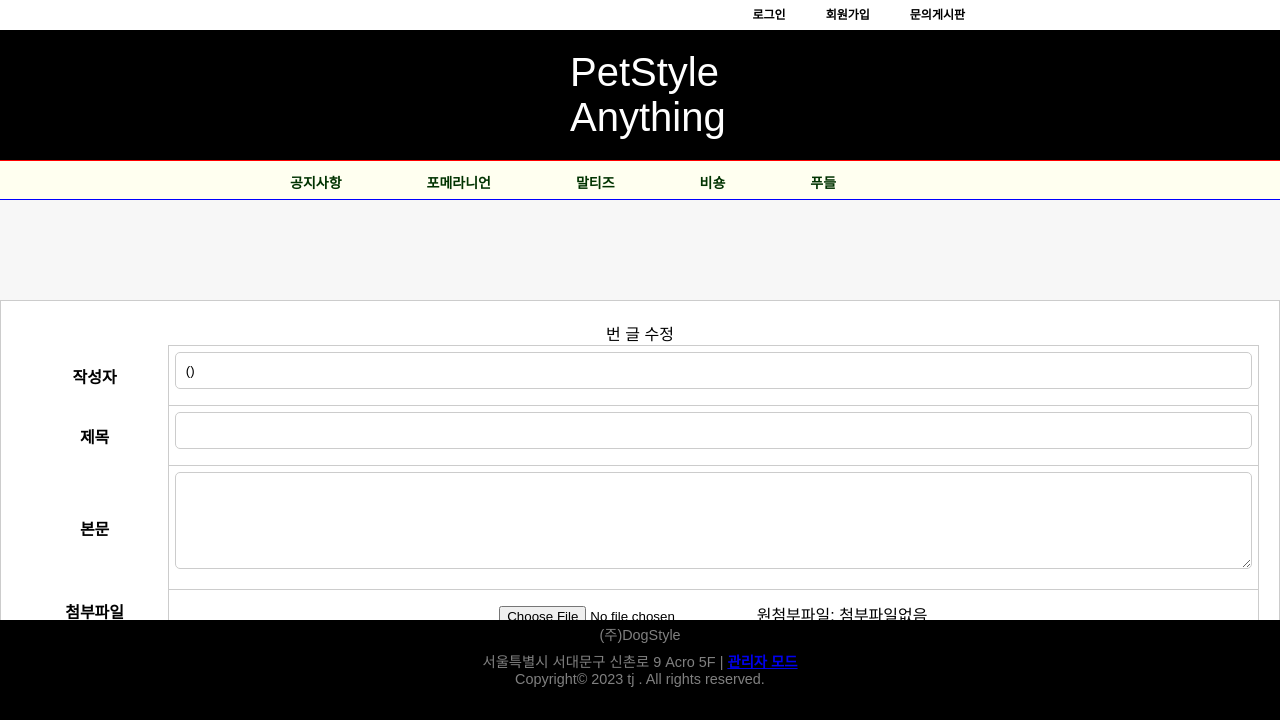
Repository: kdkk2000/Project
Page: http://localhost/petstyle/board/boardModify.jsp
These files come from the project's save history. The page is drawn as it stood at one moment and after the next save; the edit follows.
The browser window is 1280 px wide. The pictures show the whole page.
The page is served by Tomcat 9. Other server files are loaded and not shown. The template is opened directly, without the code that normally fills it, so the values that code supplies are empty.

Above is the page before, as saved 2023-03-28 02:53:16.

### petstyle/WebContent/board/boardModify.jsp
<%@ page language="java" contentType="text/html; charset=UTF-8"
    pageEncoding="UTF-8"%>
<%@ taglib prefix="c" uri="http://java.sun.com/jsp/jstl/core" %>
<%@ taglib prefix="fmt" uri="http://java.sun.com/jsp/jstl/fmt"%>
<c:set var="conPath" value="${pageContext.request.contextPath }"/>
<!DOCTYPE html>
<html>
<head>
	<meta charset="UTF-8">
	<title>Insert title here</title>
	<link href="${conPath}/css/boardStyle.css" rel="stylesheet">
	<style>
		#content_form {
			height:400px;
			margin: 100px auto 0px;
		}
	</style>
	<script src="https://code.jquery.com/jquery-3.6.4.js"></script>
	<script>
		$(document).ready(function(){

		});
	</script>
</head>
<body>
	<jsp:include page="../main/header.jsp"/>
	<div id="content_form">
	<form action="${conPath }/boradModify.do" method="post" enctype="multipart/form-data">
		<input type="hidden" name="pageNum" value="${param.pageNum }">
		<input type="hidden" name="boardId" value="${board.boardId }">
		<input type="hidden" name="dbFileName" value="${board.boardFileName }">
		<table>
			<caption>${board.boardId }번 글 수정</caption>
			<tr><th>작성자</th>
					<td><input type="text" required="required"
								value="${board.userName }(${board.userId })" readonly="readonly"></td>
			</tr>
			<tr><th>제목</th>
					<td><input type="text" name="boardTitle" required="required"
								value="${board.boardTitle }"></td>
			</tr>
			<tr><th>본문</th>
					<td><textarea rows="5"
							name="boardContent">${board.boardContent }</textarea></td>
			</tr>
			<tr><th>첨부파일</th>
					<td><input type="file" name="boardFileName" class="btn"> 원첨부파일:
							<c:if test="${not empty board.boardFileName }">
						 		<a href="${conPath }/fileBoardUp/${board.boardFileName}" target="_blank">${board.boardFileName}</a>
						 	</c:if>
						 	<c:if test="${empty board.boardFileName }">
						 		첨부파일없음
						 	</c:if>
					</td>
			</tr>
			<tr><td colspan="2">
						<input type="submit" value="수정" class="btn">
						<input type="reset" value="이전" class="btn"
						  onclick="history.back()">
						<input type="button" value="목록"  class="btn"
							onclick="location='${conPath}/boardList.do?pageNum=${param.pageNum }'">
					</td>
			</tr>
		</table>
	</form>
	</div>
	<jsp:include page="../main/footer.jsp"/>
</body>
</html>

### petstyle/WebContent/main/header.jsp
<%@ page language="java" contentType="text/html; charset=UTF-8"
    pageEncoding="UTF-8"%>
<%@taglib prefix="c" uri="http://java.sun.com/jsp/jstl/core"%>
<%@taglib prefix="fmt" uri="http://java.sun.com/jsp/jstl/fmt" %>
<c:set var="conPath" value="${pageContext.request.contextPath }"/>
<!DOCTYPE html>
<html>
<head>
<meta charset="UTF-8">
<title>Insert title here</title>
<style>
	*{padding:0; margin: 0;}
	header {
		background-color: black; font-size: 10pt; color: white;
	}
	header a {text-decoration: none; font-weight: bold;}
	header li {list-style: none;}
	header .gnb {
	    width: 100%;
	    background-color: white;
	    margin-left: auto;
	}
	header .gnb ul {
		overflow: hidden;
		width:700px;
		height: 30px;
		line-height: 30px;
		margin: 0 auto;
	}
	header .gnb ul li {	float: right; margin-right:10px;}
	header .gnb a {
		color : black;
		font-size: 0.9em;
		display: block;
		padding-left:15px;
		padding-right:15px;
	}
	header .gnb a:hover {
		font-size: 1.2em;
  		background-color: black;
  		color: white;
	}

	header .logo{
		width:140px; text-align:center;
		margin: 20px auto; font-size:3em;
		cursor: pointer;
	}
	header .lnb {
		background-color: ivory;
	  	width: 100%; height: 40px;
	  	border-top: 1px solid red;
		border-bottom: 1px solid blue;
		position:relative; /*서브메뉴가 main영역 위로 */
	}
	header .lnb ul{
		text-align:center;
		overflow: hidden;
		width:800px;
		margin: 0 auto;
	}
	header .lnb ul>li {
		font-weight: bold;
		font-size: 14px;
		margin: 5px;
		margin-left: 20px;
		float:left;
		padding:5px 30px;
		line-height: 25px;
	}
	header .lnb li:hover {
  		background-color: black;
  		color: white;
	}
	header .lnb a {
		color : white;
		font-size: 0.9em;
		display: block;
		padding-left:15px;
		padding-right:15px;
	}
	header .lnb a:hover {
  		background-color: yellow;
  		color: black;
	}
	header .lnb li {color: #003300;}
	header .lnb ul li .subMenu {display:none;}
	header .lnb ul li:hover .subMenu {display: block; margin: 10px 0 0 0;}
</style>
</head>
<body>
<header>
	<c:if test="${empty user and empty admin}"> <%-- 로그인 전 화면 --%>
		<div class="gnb">
			<ul>
				<li><a href="${conPath }/boardList.do">문의게시판</a></li>
				<li><a href="${conPath }/joinView.do">회원가입</a></li>
				<li><a href="${conPath }/loginView.do">로그인</a></li>
			</ul>
		</div>
		<div class="logo" onclick="location.href='${conPath}/main.do'">
			PetStyle Anything
		</div>
		<div class="lnb">
			<ul>
				<li>공지사항
					<ol class="subMenu">
						<li><a href="#">공지사항</a></li>
					</ol>
				</li>
				<li>포메라니언
					<ol class="subMenu">
						<li><a href="#">곰돌이컷</a></li>
						<li><a href="#">물개컷</a></li>
						<li><a href="#">포메컷</a></li>
						<li><a href="#">라이언컷</a></li>
						<li><a href="#">풀코트</a></li>
					</ol>
				</li>
				<li>말티즈
					<ol class="subMenu">
						<li><a href="#">알밤컷</a></li>
						<li><a href="#">곰돌이컷</a></li>
						<li><a href="#">베이비컷 </a></li>
						<li><a href="#">무스타슈 </a></li>
					</ol>
				</li>
				<li>비숑
					<ol class="subMenu">
						<li><a href="#">하이바컷</a></li>
						<li><a href="#">귀툭튀컷</a></li>
					</ol>
				</li>
				<li>푸들
					<ol class="subMenu">
						<li><a href="#">양컷</a></li>
						<li><a href="#">몽키컷</a></li>
						<li><a href="#">브로콜리컷</a></li>
						<li><a href="#">테디베어컷</a></li>
						<li><a href="#">귀똑컷</a></li>
					</ol>
				</li>
			</ul>
		</div>
	</c:if>
	<c:if test="${not empty user and empty admin}"> <%-- 사용자 모드 로그인 화면--%>
		<div class="gnb">
			<ul>
				<li><a href="${conPath }/boardList.do">문의게시판</a></li>
				<li><a href="${conPath }/logout.do">로그아웃</a></li>
				<li><a href="${conPath }/modifyView.do">정보수정</a></li>
				<li><a>${user.userName }님 &nbsp; ▶</a></li>
			</ul>
		</div>
		<div class="logo" onclick="location.href='${conPath}/main.do'">
			PetStyle Anything
		</div>
		<div class="lnb">
			<ul>
				<li>공지사항
					<ol class="subMenu">
						<li><a href="#">공지사항</a></li>
					</ol>
				</li>
				<li>포메라니언
					<ol class="subMenu">
						<li><a href="#">곰돌이컷</a></li>
						<li><a href="#">물개컷</a></li>
						<li><a href="#">포메컷</a></li>
						<li><a href="#">라이언컷</a></li>
						<li><a href="#">풀코트컷</a></li>
					</ol>
				</li>
				<li>말티즈
					<ol class="subMenu">
						<li><a href="#">알밤컷</a></li>
						<li><a href="#">곰돌이컷</a></li>
						<li><a href="#">베이비컷 </a></li>
						<li><a href="#">무스타슈컷 </a></li>
					</ol>
				</li>
				<li>비숑
					<ol class="subMenu">
						<li><a href="#">하이바컷</a></li>
						<li><a href="#">귀툭튀컷</a></li>
					</ol>
				</li>
				<li>푸들
					<ol class="subMenu">
						<li><a href="#">양컷</a></li>
						<li><a href="#">몽키컷</a></li>
						<li><a href="#">브로콜리컷</a></li>
						<li><a href="#">테디베어컷</a></li>
						<li><a href="#">귀똑컷</a></li>
					</ol>
				</li>
			</ul>
		</div>
	</c:if>
	<c:if test="${empty user and not empty admin}"> <%-- 관리자 모드 로그인 화면--%>
		<div class="gnb">
			<ul>
				<li><a href="${conPath }/boardList.do">문의게시판</a></li>
				<li><a href="${conPath }/logout.do">관리자모드나가기</a></li>
				<li><a>${admin.adminName }님 &nbsp; ▶</a></li>
			</ul>
		</div>
		<div class="logo" onclick="location.href='${conPath}/main.do'">
			PetStyle Anything
		</div>
		<div class="lnb">
			<ul>
				<li>공지사항
					<ol class="subMenu">
						<li><a href="#">공지사항</a></li>
					</ol>
				</li>
				<li>포메라니언
					<ol class="subMenu">
						<li><a href="#">곰돌이컷</a></li>
						<li><a href="#">물개컷</a></li>
						<li><a href="#">포메컷</a></li>
						<li><a href="#">라이언컷</a></li>
						<li><a href="#">풀코트</a></li>
					</ol>
				</li>
				<li>말티즈
					<ol class="subMenu">
						<li><a href="#">알밤컷</a></li>
						<li><a href="#">곰돌이컷</a></li>
						<li><a href="#">베이비컷 </a></li>
						<li><a href="#">무스타슈 </a></li>
					</ol>
				</li>
				<li>비숑
					<ol class="subMenu">
						<li><a href="#">하이바컷</a></li>
						<li><a href="#">귀툭튀컷</a></li>
					</ol>
				</li>
				<li>푸들
					<ol class="subMenu">
						<li><a href="#">양컷</a></li>
						<li><a href="#">몽키컷</a></li>
						<li><a href="#">브로콜리컷</a></li>
						<li><a href="#">테디베어컷</a></li>
						<li><a href="#">귀똑컷</a></li>
					</ol>
				</li>
			</ul>
		</div>
	</c:if>
</header>
</body>
</html>

### petstyle/WebContent/main/footer.jsp
<%@ page language="java" contentType="text/html; charset=UTF-8"
    pageEncoding="UTF-8"%>
<%@taglib prefix="c" uri="http://java.sun.com/jsp/jstl/core"%>
<%@taglib prefix="fmt" uri="http://java.sun.com/jsp/jstl/fmt" %>
<c:set var="conPath" value="${pageContext.request.contextPath }"/>
<!DOCTYPE html>
<html>
<head>
<meta charset="UTF-8">
<title>Insert title here</title>
	<style>
	footer {
		position: fixed;
		bottom: 0;
		height: 100px;
		background-color: black;
		width: 100%;
	}

	#footer_conts {
		color: gray;
		font-size: 0.9em;
		text-align: center;
		margin: 0 auto;
		width: 80%;
	}

	#footer_conts p:first-child {
		height: 30px;
		line-height: 30px;
	}
</style>
</head>
<body>
	<footer>
		<div id="footer_conts">
			<p>(주)DogStyle</p>
			<p>서울특별시 서대문구 신촌로 9 Acro 5F | <b><a href="${conPath }/adminLoginView.do">관리자 모드</a></b></p>
			<p>Copyright© 2023 tj . All rights reserved.</p>
		</div>
	</footer>
</body>
</html>

### petstyle/WebContent/css/boardStyle.css
@charset "UTF-8";
* {
	margin: 0;
  	padding: 0;
  	box-sizing: border-box;
}

body {
  	font-family: Arial, sans-serif;
  	background-color: #f7f7f7;
}

.container {
  	max-width: 500px;
  	margin: 0 auto;
  	padding: 20px;
}

h1 {
  	font-size: 32px;
  	font-weight: bold;
  	margin-bottom: 20px;
}

form {
  	background-color: #fff;
  	border: 1px solid #ccc;
  	padding: 20px;
}

form input[type="text"], form textarea {
  	width: 100%;
  	padding: 10px;
  	margin-bottom: 10px;
  	border: 1px solid #ccc;
  	border-radius: 5px;
}

form input[type="file"] {
  	margin-top: 10px;
}

form input[type="submit"], form input[type="reset"], form input[type="button"] {
  	display: inline-block;
  	padding: 10px 20px;
  	margin-right: 10px;
  	border: none;
  	border-radius: 5px;
  	background-color: #4CAF50;
  	color: #fff;
  	cursor: pointer;
}

form input[type="submit"]:hover, form input[type="reset"]:hover, form input[type="button"]:hover {
  	background-color: #3e8e41;
}

table {
  	width: 100%;
  	border-collapse: collapse;
}

table td {
  	padding: 6px;
  	border: 1px solid #ccc;
  	text-align: center;
  	cursor: pointer;
}
.paging {
  display: flex;
  justify-content: center;
  align-items: center;
  margin-top: 20px;
  position: fixed;
  bottom: 240px;
  left: 0;
  right: 0;
  background-color: #fff;
  z-index: 1;
}

.paging a, .paging b {
  display: inline-block;
  margin: 0 5px;
  padding: 5px 10px;
  background-color: #4CAF50;
  color: #fff;
  border-radius: 5px;
}

.paging a:hover {
  background-color: #3e8e41;
}

.paging b {
  background-color: #eee;
  color: #444;
}

After the next save:
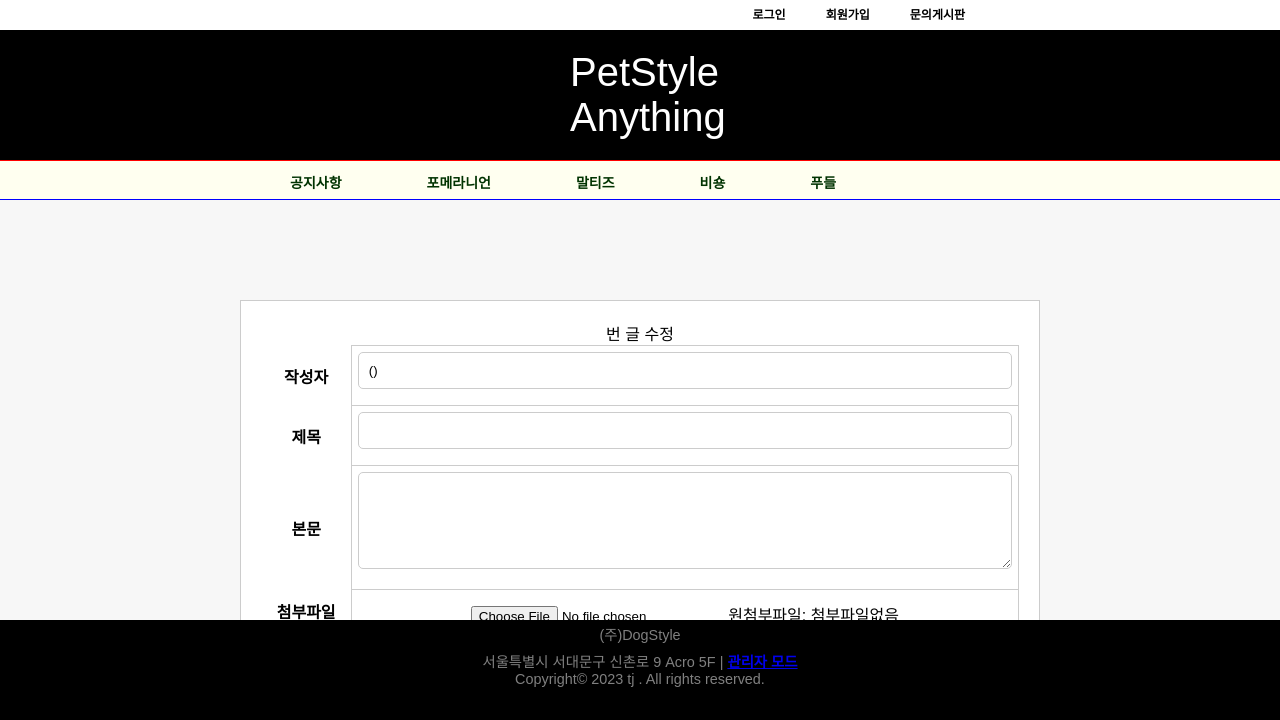
Saved 5 s later.
--- a/petstyle/WebContent/board/boardModify.jsp
+++ b/petstyle/WebContent/board/boardModify.jsp
@@ -13,6 +13,7 @@
 		#content_form {
 			height:400px;
 			margin: 100px auto 0px;
+			width: 800px;
 		}
 	</style>
 	<script src="https://code.jquery.com/jquery-3.6.4.js"></script>
